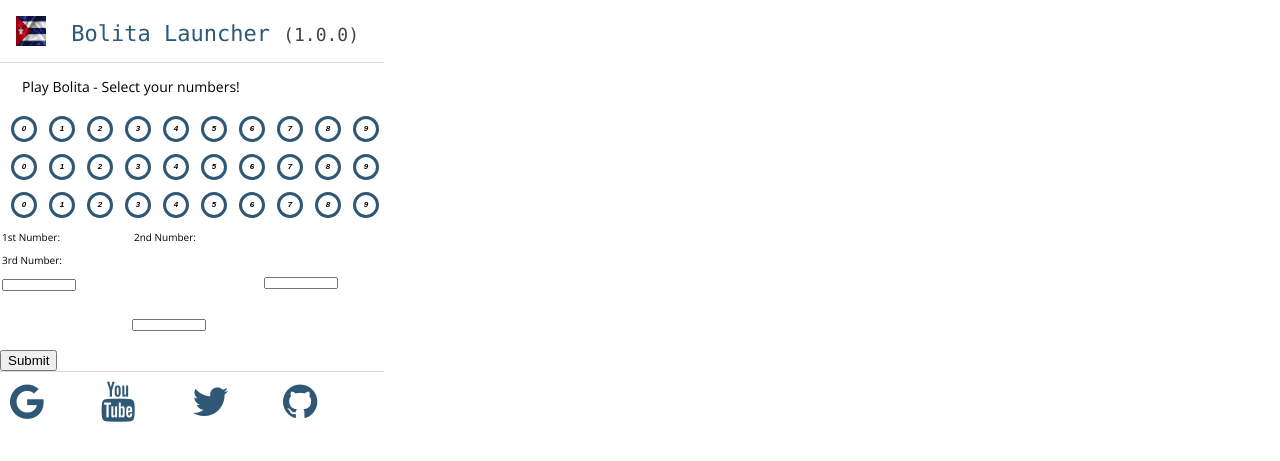
Repository: markymark617/BolitaChromeExtension
Page: popup.html
An editor plug-in stored every save of this project. The page is shown before and after the next save, followed by the edit.
The browser window is 1280 px wide. The pictures show the whole page.

Above is the page before, as saved 2020-09-06 14:30:49.

After the next save:
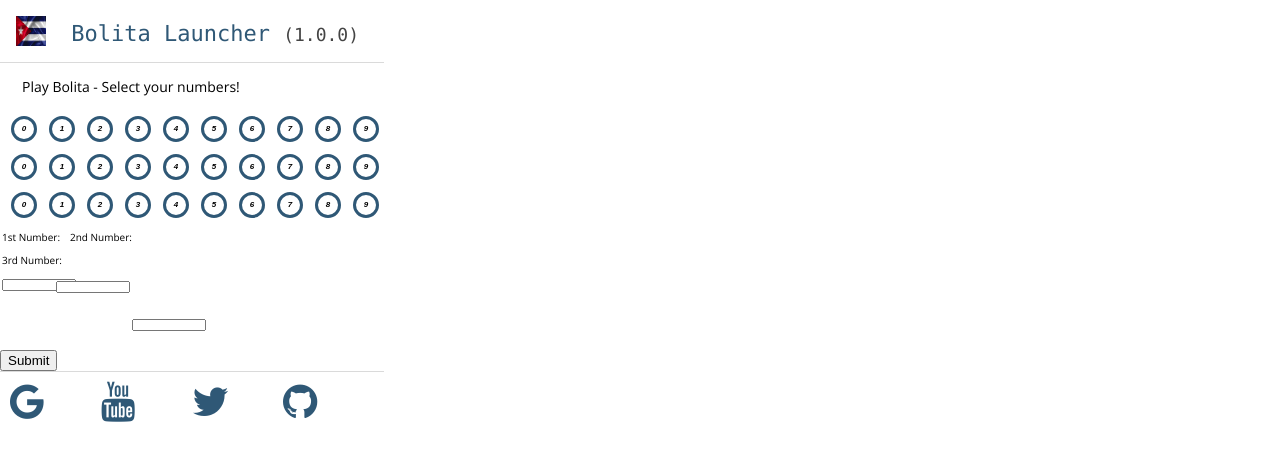
Saved 24 s later.
--- a/popup.css
+++ b/popup.css
@@ -115,7 +115,7 @@
       }
 
       /* Clear floats after the columns */
-      .row:after {
+      .row {
         content: "";
         display: table;
         clear: both;

After the save that followed:
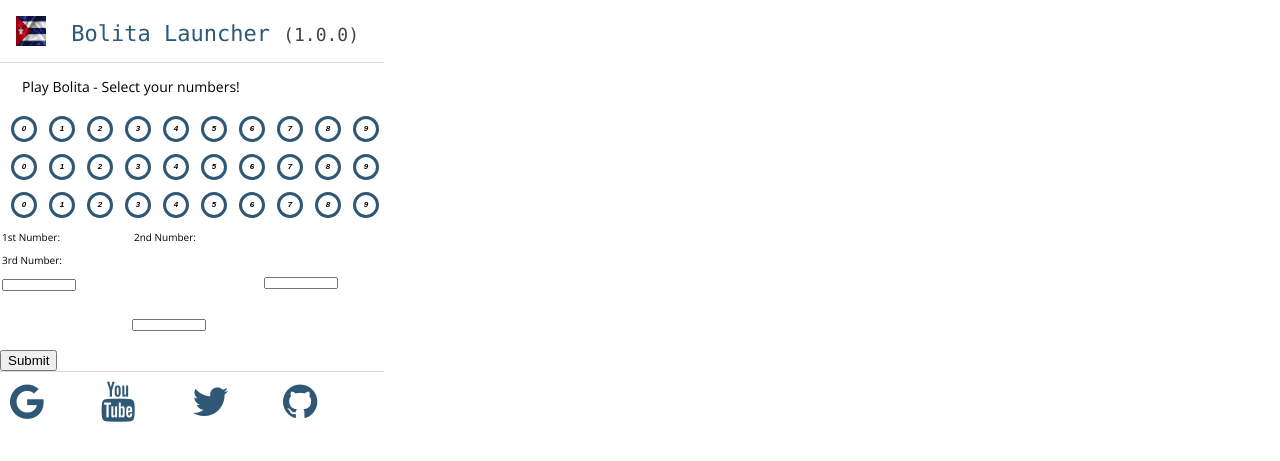
Saved 7 s later.
--- a/popup.css
+++ b/popup.css
@@ -115,7 +115,7 @@
       }
 
       /* Clear floats after the columns */
-      .row {
+      .row:after {
         content: "";
         display: table;
         clear: both;
